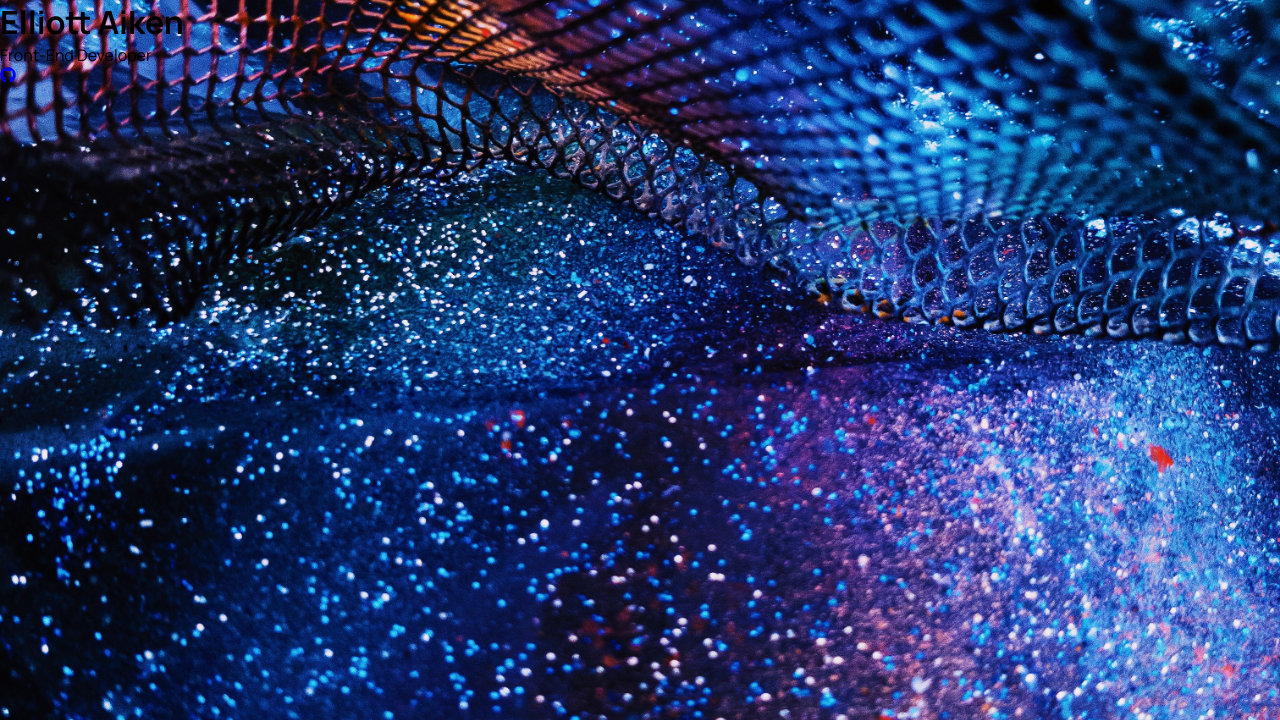
Repository: elaiken/portfolio
Page: /
These files come from the project's save history. The page is drawn as it stood at one moment and after the next save; the edit follows.
The browser window is 1280 px wide. The pictures show the whole page.
The project was rebuilt for these pictures with package versions that can differ from the ones it lists, and the page was loaded fresh each time. Also part of the build but not shown: src/components/Error.js, src/components/Projects.js.

Above is the page before, as saved 2021-11-24 17:41:09.

After the next save:
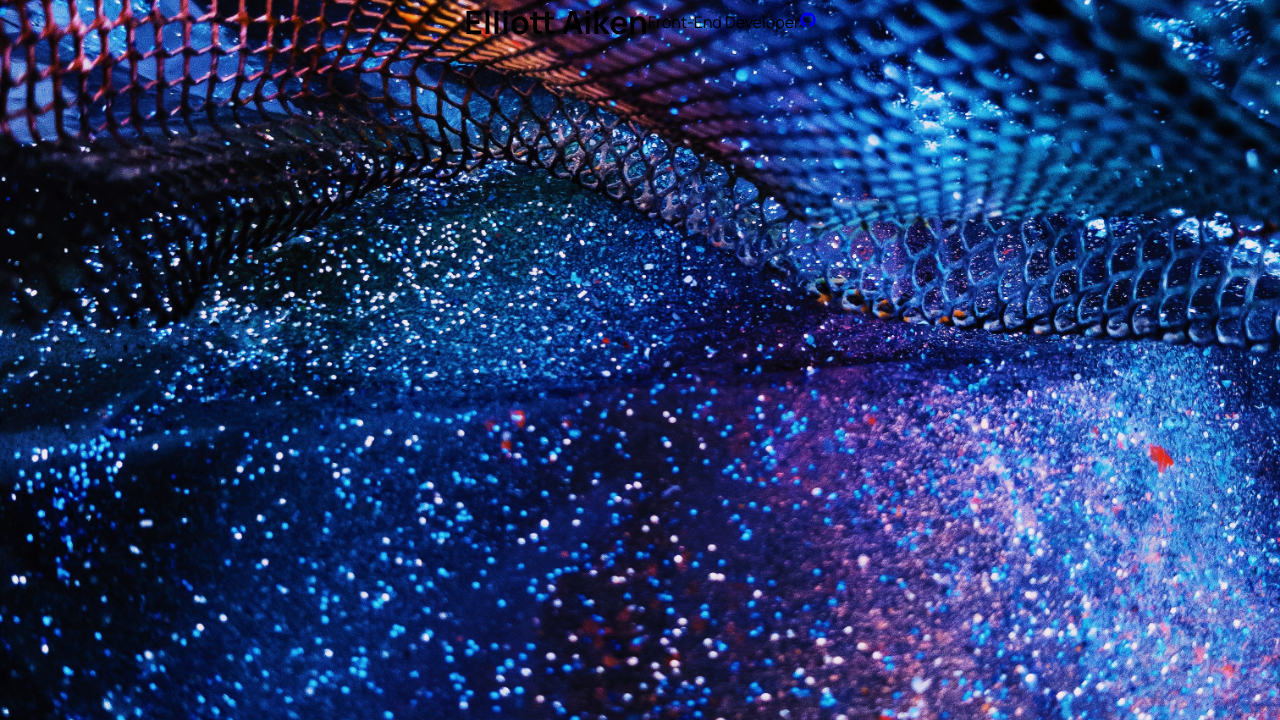
Saved 37 s later.
--- a/src/index.css
+++ b/src/index.css
@@ -36,5 +36,9 @@
 }
 
 .home .overlay{
-background-color:var(--background-image)
+background-color:var(--background-image);
+display: flex;
+align-items: center;
+justify-content: center;
+min-height: 10;
 }
